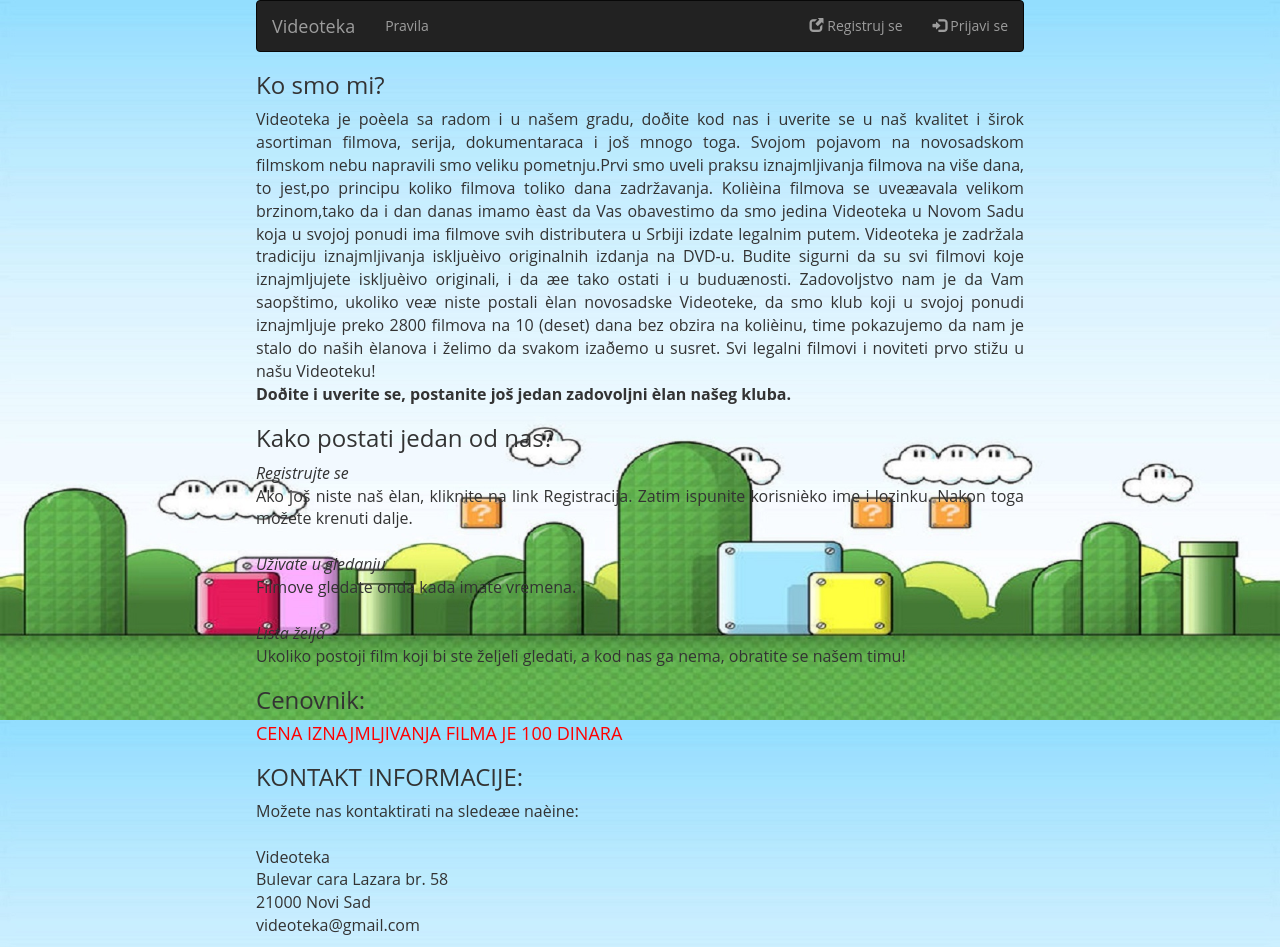
Repository: KristijanPetkovic/java-applet-video-library
Page: Projekti/www.videoteka.com/WebContent/pravila.html
These files come from the project's save history. The page is drawn as it stood at one moment and after the next save; the edit follows.
The browser window is 1280 px wide. The pictures show the whole page.
Backgrounds fixed to the window are drawn as part of the page.

Above is the page before, as saved 2019-01-12 19:37:29.

After the next save:
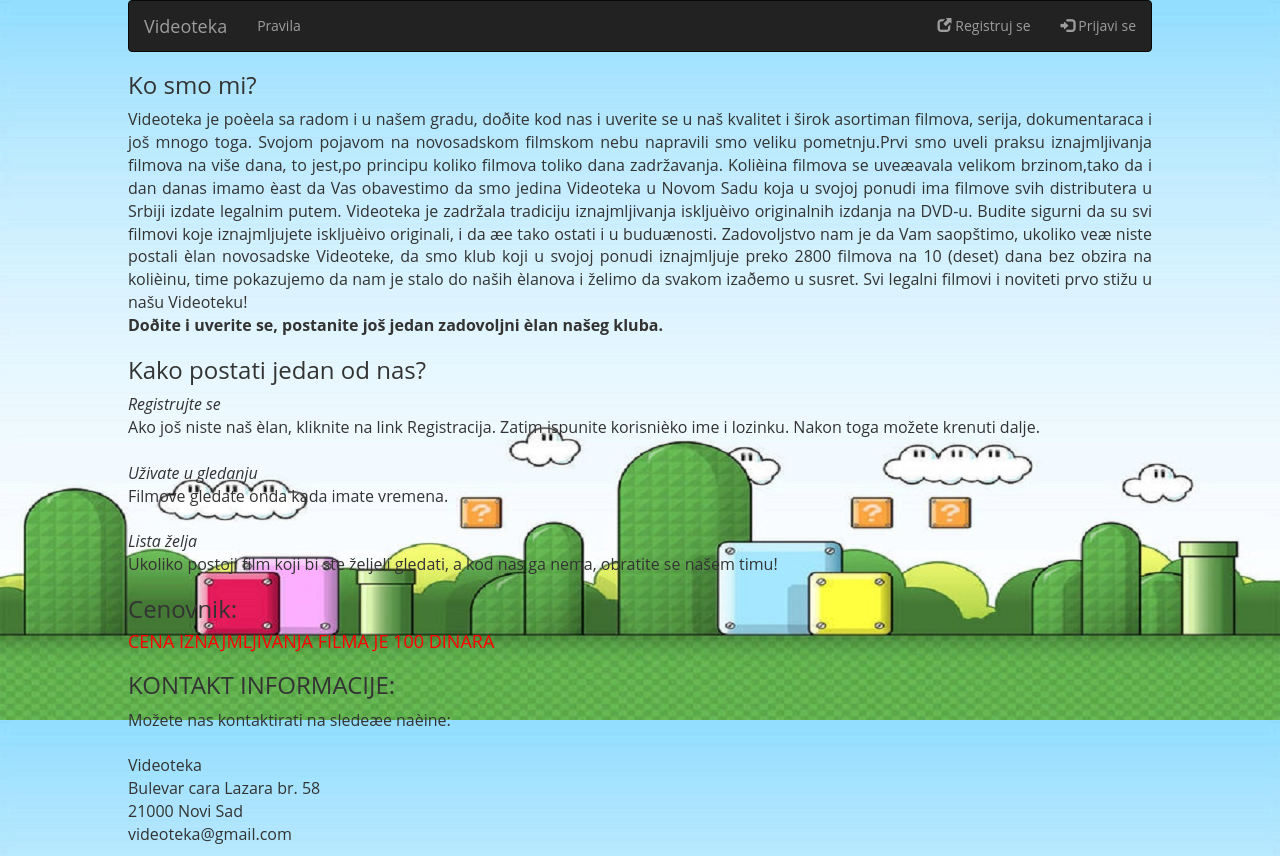
Saved 15 s later.
--- a/Projekti/www.videoteka.com/WebContent/pravila.html
+++ b/Projekti/www.videoteka.com/WebContent/pravila.html
@@ -18,8 +18,8 @@
 				background-size: cover;
 				font-family: 'Open Sans', sans-serif;
 				text-align: justify;
-				margin-left:20%;
-				margin-right:20%;
+				margin-left:10%;
+				margin-right:10%;
 			}
 			h4{
 				color: red;
